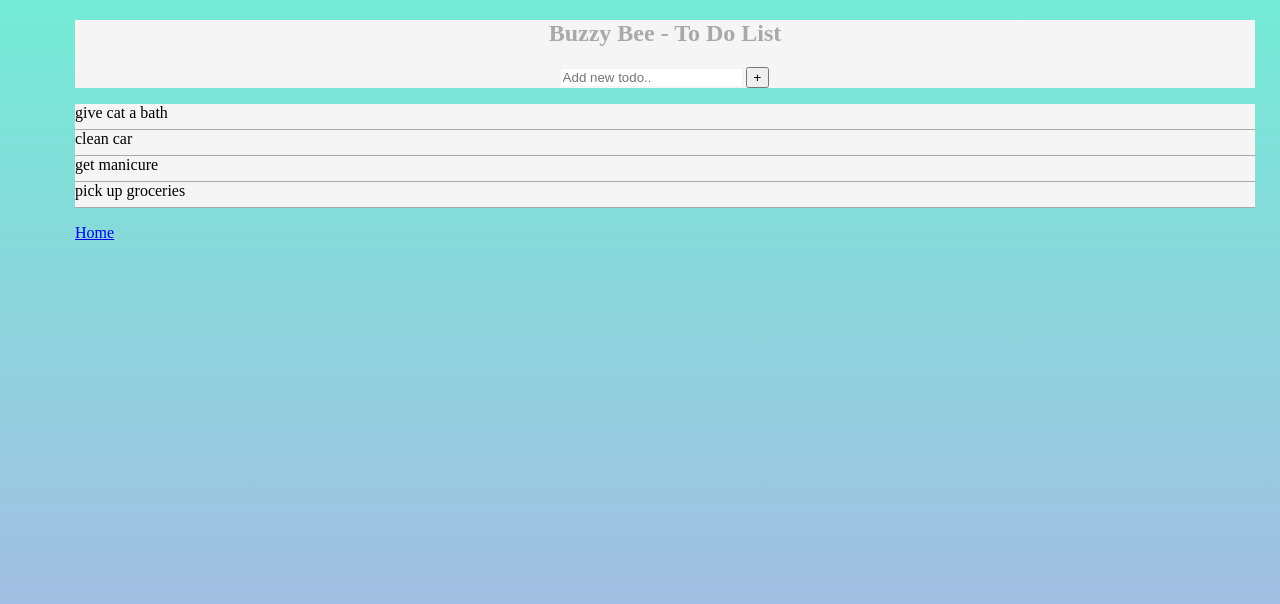
Repository: seleniadelgado/backend-spring2020-angie
Page: projects/todo/public_html/index.html
The author's editor kept a copy of each file at every save. The page is drawn from the files as they stood at one save, then again after the next save.
The browser window is 1280 px wide. The pictures show the whole page.
The page's requests for data from a server got no answer.

Above is the page before, as saved 2020-05-12 16:18:27.

After the next save:
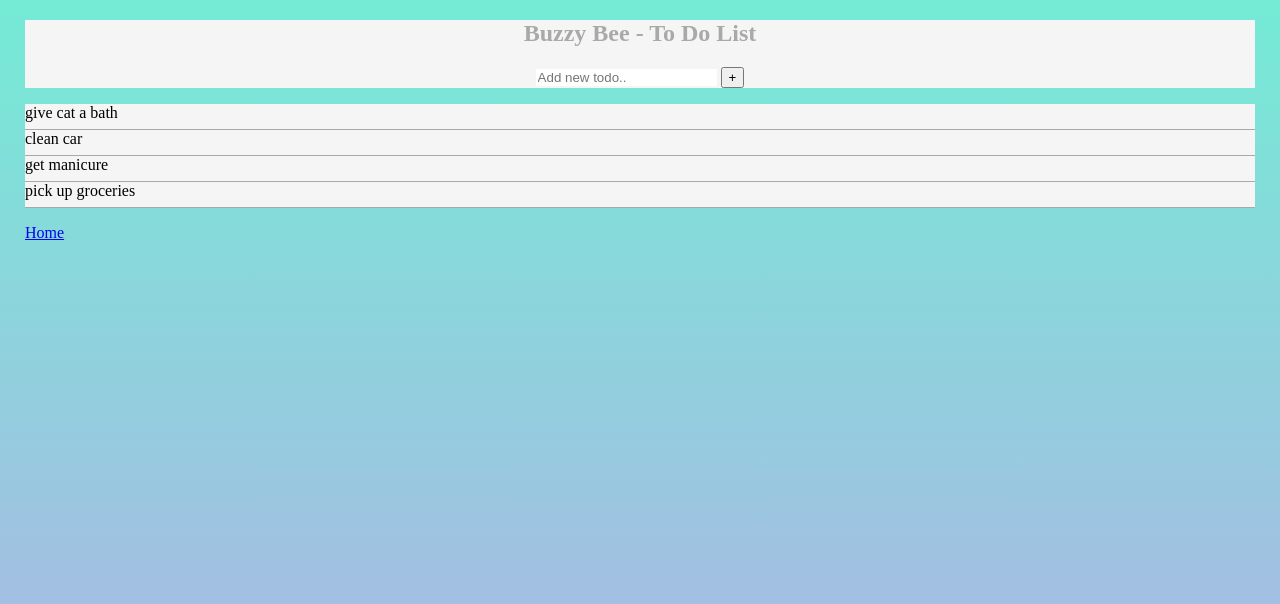
Saved 7 s later.
--- a/projects/todo/public_html/styles.css
+++ b/projects/todo/public_html/styles.css
@@ -4,7 +4,7 @@ html {
 
 }
 body {
-    margin: 0px 25px 75px 75px;
+    margin: 0px 25px 75px 25px;
 }
 
 .sectionTitle {
